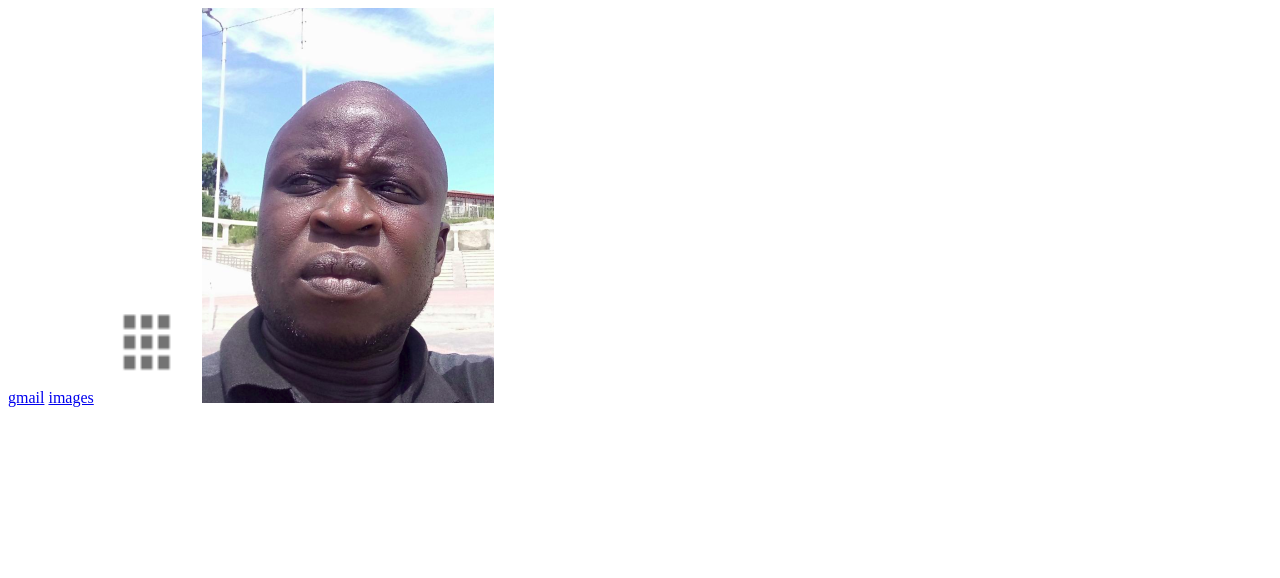
Repository: wkweyu/google_homepage
Page: index.html
The author's editor kept a copy of each file at every save. The page is drawn from the files as they stood at one save, then again after the next save.
The browser window is 1280 px wide. The pictures show the whole page.

Above is the page before, as saved 2020-05-21 16:55:54.

After the next save:
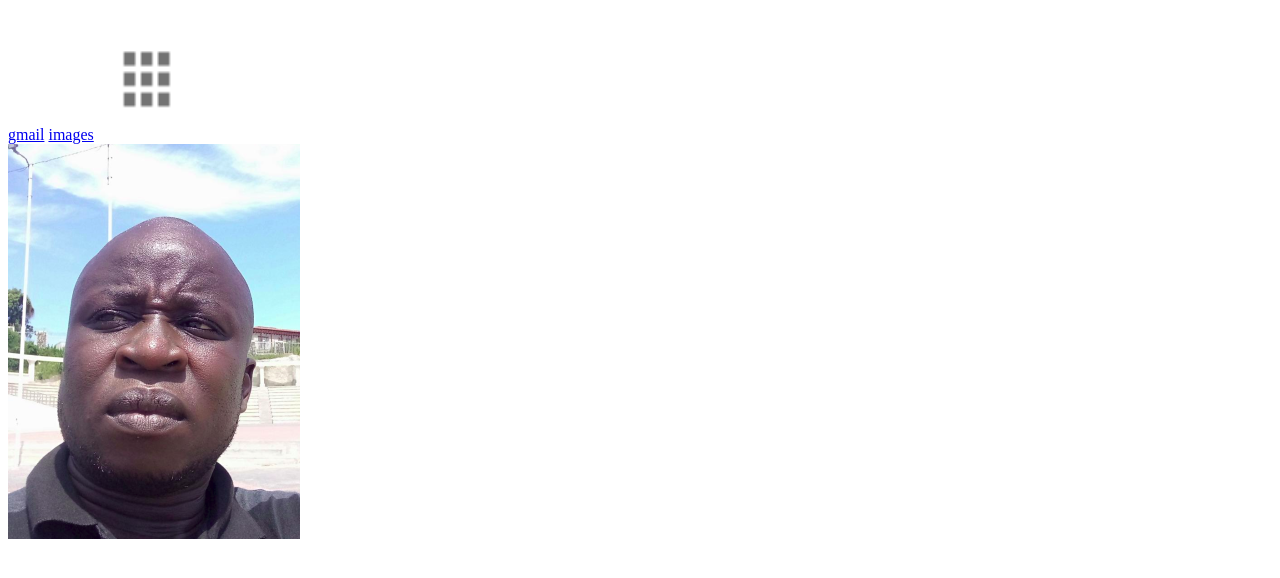
Saved 87 s later.
--- a/index.html
+++ b/index.html
@@ -11,8 +11,12 @@
             <a href="#">gmail</a>
             <a href="#">images</a>
             <a id="header-sel" href="#"><img src="images/gimages.png" alt="#" width="100" height="132"></a>
+
+        </nav>
+        <div id="header-img">
             <a id="header-img" href="#"><img src="images/victor-small.png" alt="#"></a>
-        </nav>
+
+        </div>
     </header>
 
 
